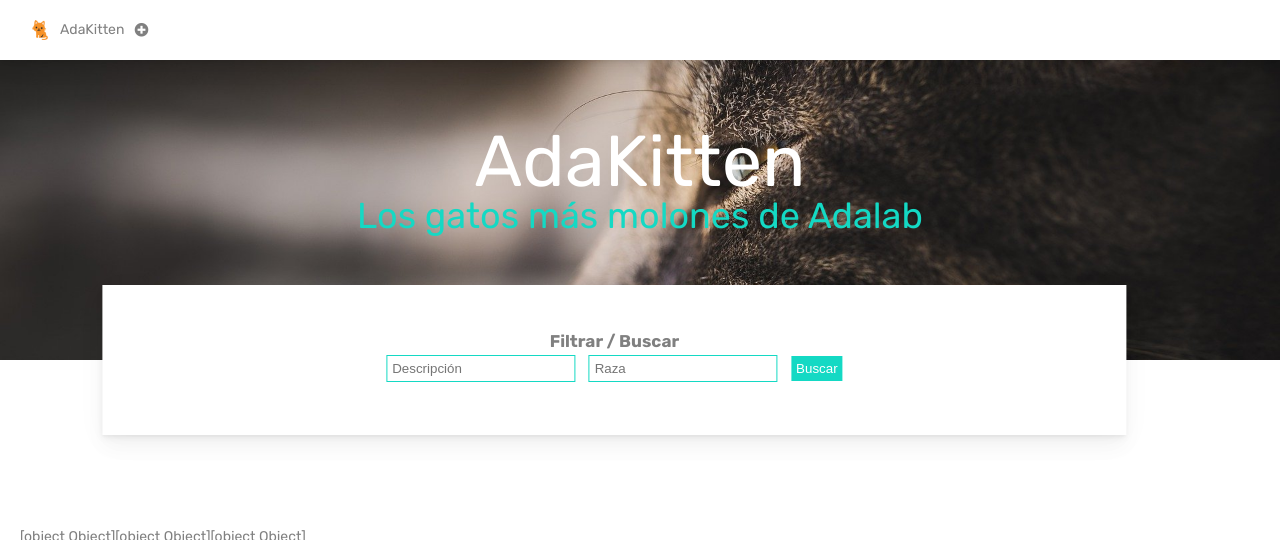
Repository: Adalab/promo-s-module-2-pair-7-sprint-1-ada-kitten
Page: index.html
These files come from the project's save history. The page is drawn as it stood at one moment and after the next save; the edit follows.
The browser window is 1280 px wide. The pictures show the part of the page from y = 0 to 540 px (the page is 720 px tall before and 963 px after).
Pictures or frames that could not be fetched are drawn as grey boxes. Some web libraries are served in a nearby version.

Above is the page before, as saved 2023-02-09 11:16:51.
Console error: TypeError: Cannot read properties of null (reading 'addEventListener')

After the next save:
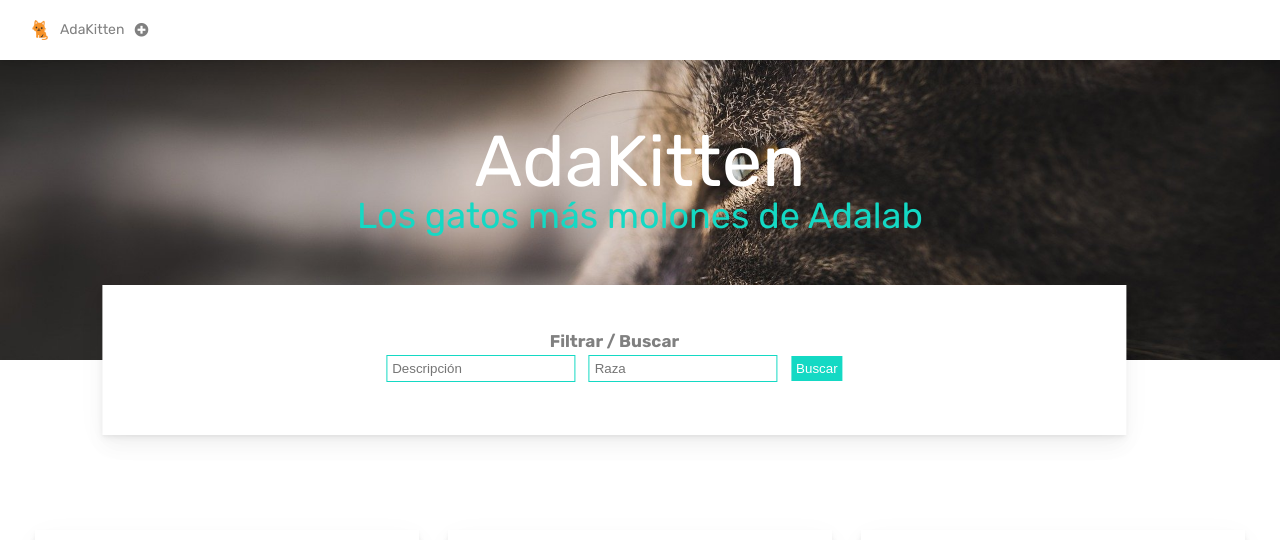
Saved 90 s later.
--- a/js/script.js
+++ b/js/script.js
@@ -167,9 +167,9 @@
   }
 };
 
-dataList.innerHTML += kittenData_1;
-dataList.innerHTML += kittenData_2;
-dataList.innerHTML += kittenData_3;
+renderKitten(kittenData_1);
+renderKitten(kittenData_2);
+renderKitten(kittenData_3);
 
 buttonSearch.addEventListener('click', filterKitten);
 
@@ -236,9 +236,7 @@
 
 dataList.innerHTML += `<li>${kittenNew}</li>`;
 }
-renderKitten(kittenData_1);
-renderKitten(kittenData_2);
-renderKitten(kittenData_3);
+
 
 
 addbtn.addEventListener('click', addNewKitten);

After the save that followed:
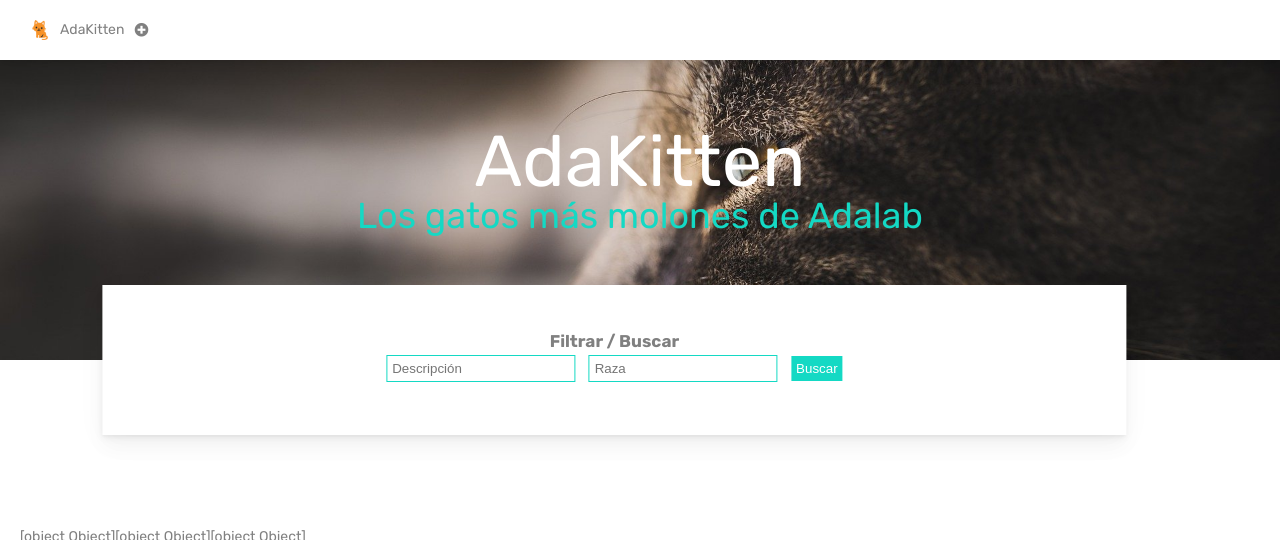
Saved 2 min 14 s later.
--- a/js/script.js
+++ b/js/script.js
@@ -234,7 +234,7 @@
 </article>
 </li>`;
 
-dataList.innerHTML += `<li>${kittenNew}</li>`;
+dataList.innerHTML += `<li>${kittenData_1}</li>`;
 }
 
 
